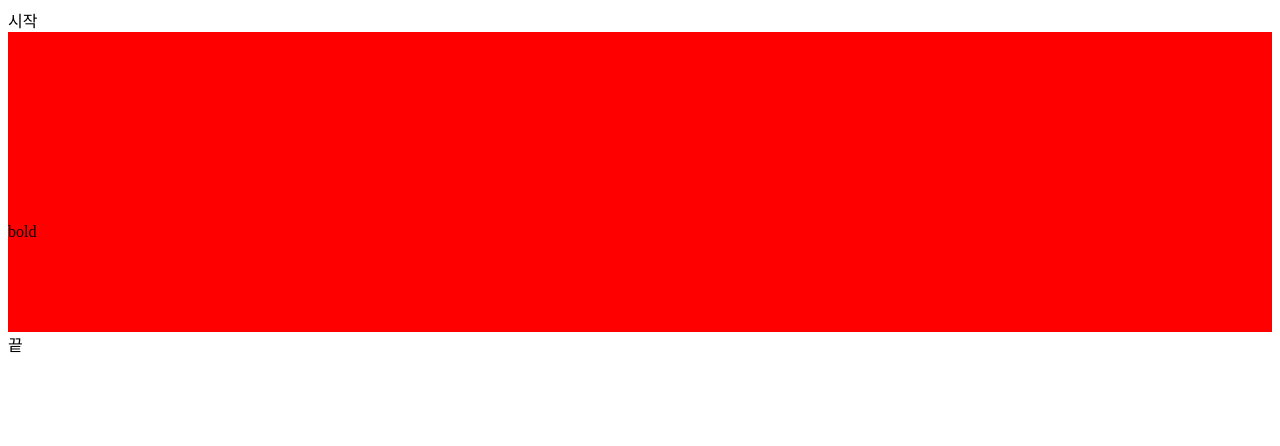
Repository: cleangggg/front
Page: css/ex11.html
An editor plug-in stored every save of this project. The page is shown before and after the next save, followed by the edit.
The browser window is 1280 px wide. The pictures show the whole page.

Above is the page before, as saved 2023-05-25 03:58:29.

After the next save:
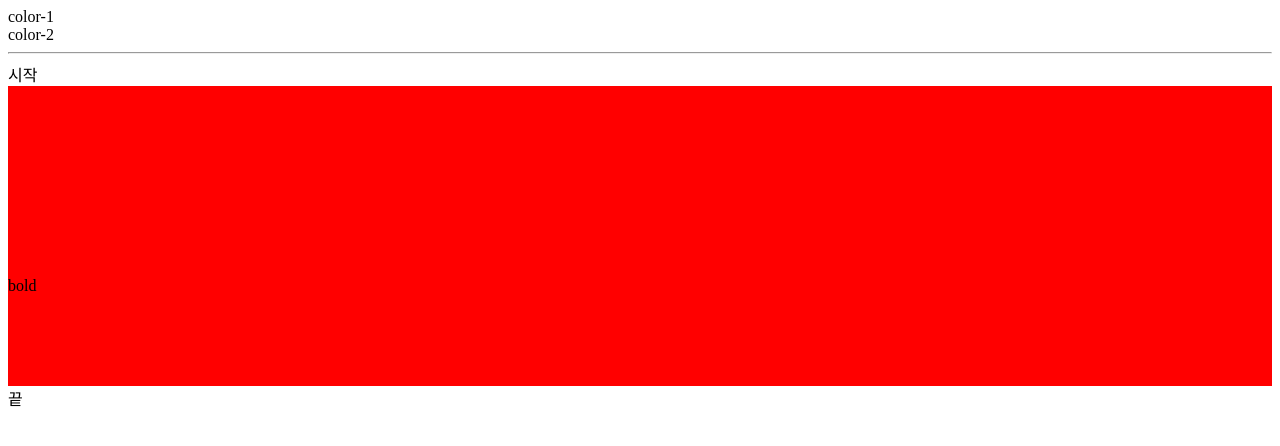
Saved 2 min 6 s later.
--- a/css/ex11.html
+++ b/css/ex11.html
@@ -11,7 +11,9 @@
 </style>
 </head>
 <body>
-
+	<div class="color-1">color-1</div>
+	<div class="color-2">color-2</div>
+<hr>
 	<div>시작</div>
 	<div class="font">bold</div>
 	<div>끝</div>
